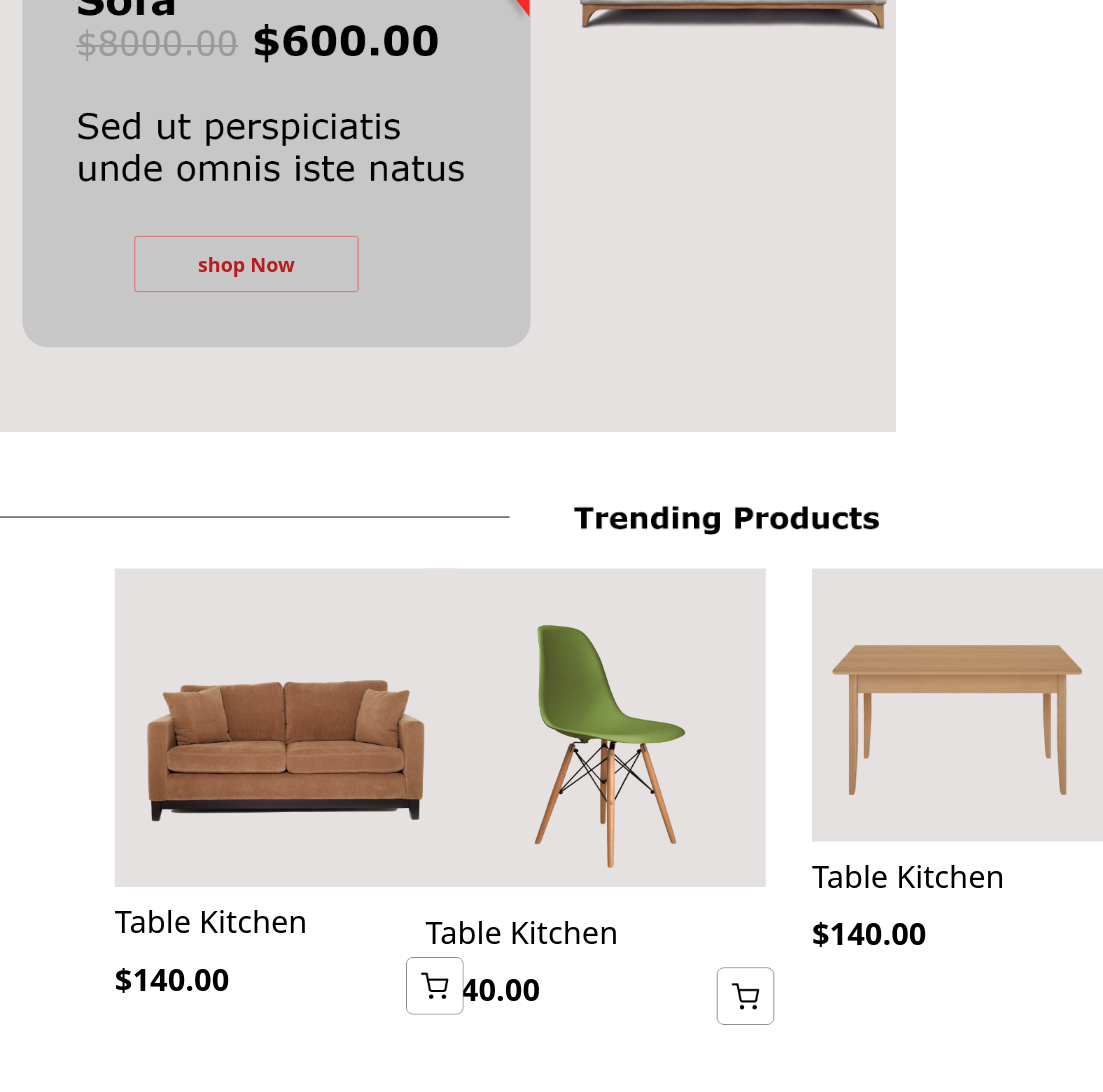
Repository: MEROO1010/creative_home
Page: /
The author's editor kept a copy of each file at every save. The page is drawn from the files as they stood at one save, then again after the next save.
The browser window is 1280 px wide. The page is 1576 px wide, so the pictures cover 1576 px, including what lies to the right of the window. The pictures show the part of the page from y = 2213 to 3773 px (the page is 3773 px tall), at 70% of full size.
The project was rebuilt for these pictures with package versions that can differ from the ones it lists, and the page was loaded fresh each time. The framework's server and built-in components were replaced by stand-ins that run in the browser. Also part of the build but not shown: next.config.js.

Above is the page before, as saved 2022-12-14 09:58:26.

After the next save:
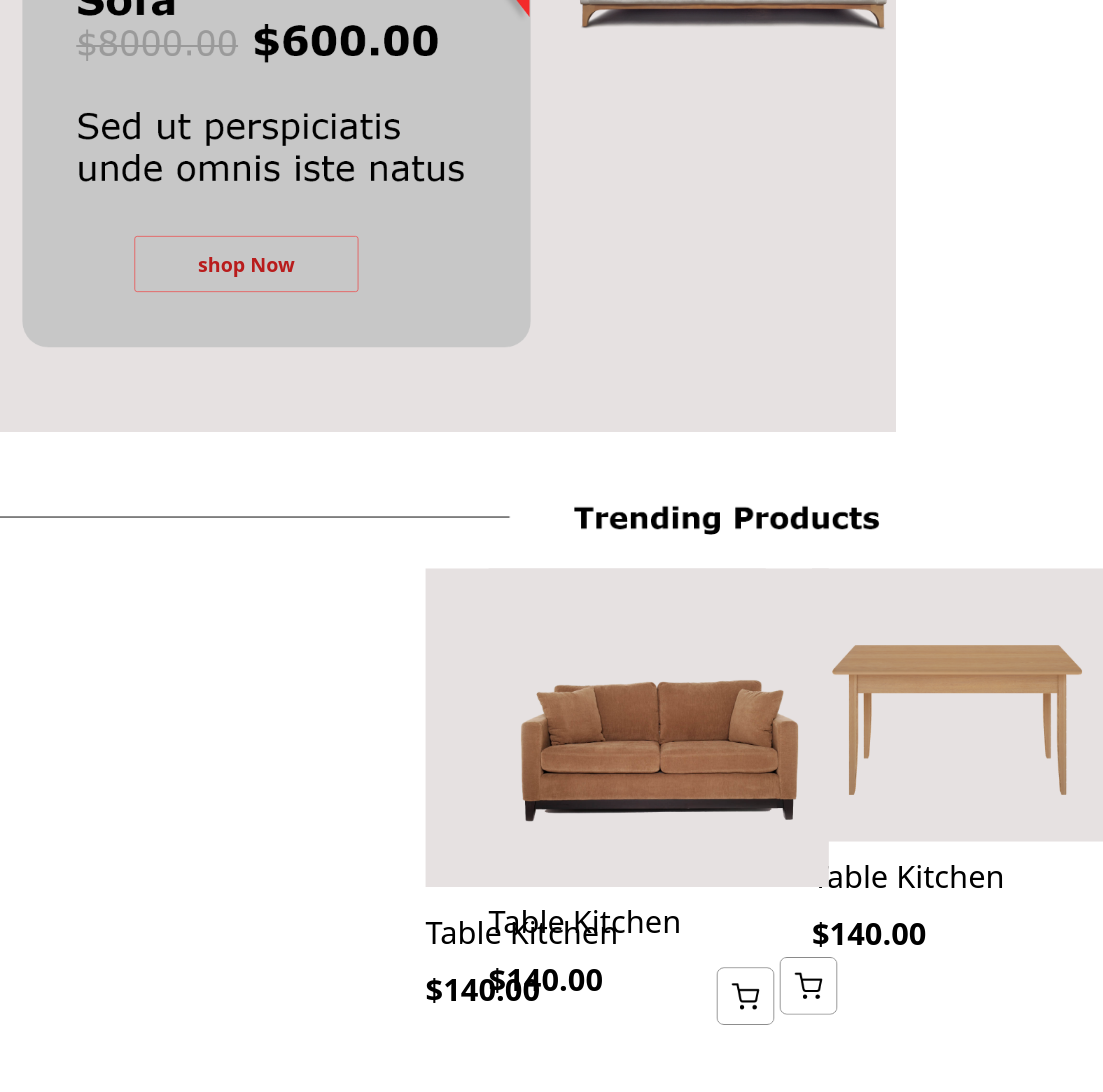
Saved 7 s later.
--- a/components/TrendingProducts.tsx
+++ b/components/TrendingProducts.tsx
@@ -36,7 +36,7 @@ const TrendingProducts = () => {
      </div>
 
       {/*brown chouch */}
-      <div className='absolute ml-10 mt-12 px-1  left-20'>
+      <div className='absolute ml-10 mt-12 px-1  right-20'>
        <div className='ml-10   '>
        <Image src={brownSofa} alt=''/>
        <h1 className='text-[44px]  mt-4  font-verdana'>Table Kitchen</h1>
